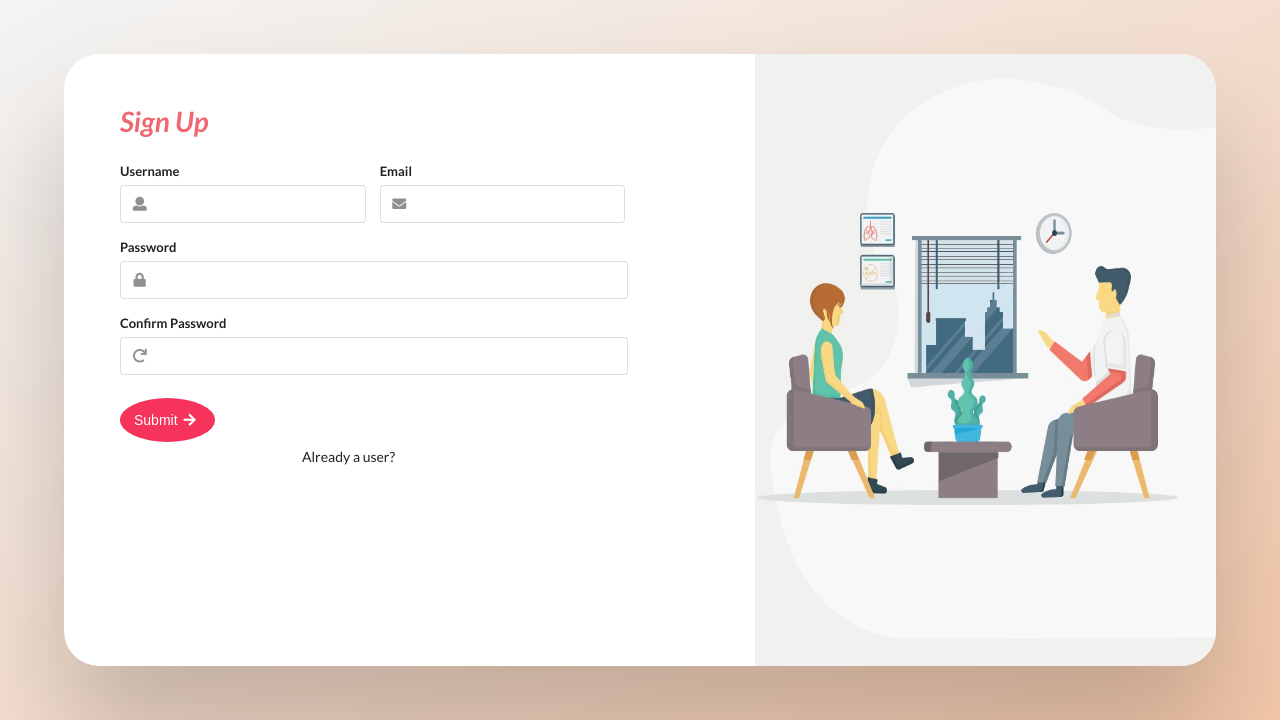
Repository: ajayaj2001/healthcare-digitization
Page: /register
An editor plug-in stored every save of this project. The page is shown before and after the next save, followed by the edit.
The browser window is 1280 px wide. The pictures show the whole page.
The project was rebuilt for these pictures with package versions that can differ from the ones it lists, and the page was loaded fresh each time. Also part of the build but not shown: src/component/userType/UserType.scss, src/component/userType/UserType.js, src/component/login/Login.scss, src/component/login/loginForm/LoginForm.scss, src/component/login/loginForm/LoginForm.js, src/component/login/Login.js.

Above is the page before, as saved 2021-03-12 22:36:27.

### public/index.html
<!DOCTYPE html>
<html lang="en">

<head>
  <meta charset="utf-8" />
  <meta name="viewport" content="width=device-width, initial-scale=1" />
  <meta name="theme-color" content="#000000" />
  <meta name="description" content="Web site created using create-react-app" />
  <link rel="stylesheet" href="https://fonts.googleapis.com/css?family=Roboto:300,400,500,700&display=swap" />
  <link rel="stylesheet" href="https://fonts.googleapis.com/icon?family=Material+Icons" />

  <!--
      manifest.json provides metadata used when your web app is installed on a
      user's mobile device or desktop. See https://developers.google.com/web/fundamentals/web-app-manifest/
    -->
  <!-- <link rel="manifest" href="%PUBLIC_URL%/manifest.json" /> -->
  <!--
      Notice the use of %PUBLIC_URL% in the tags above.
      It will be replaced with the URL of the `public` folder during the build.
      Only files inside the `public` folder can be referenced from the HTML.

      Unlike "/favicon.ico" or "favicon.ico", "%PUBLIC_URL%/favicon.ico" will
      work correctly both with client-side routing and a non-root public URL.
      Learn how to configure a non-root public URL by running `npm run build`.
    -->
  <title>medical</title>
</head>

<body>
  <noscript>You need to enable JavaScript to run this app.</noscript>
  <div id="root"></div>
  <!--
      This HTML file is a template.
      If you open it directly in the browser, you will see an empty page.

      You can add webfonts, meta tags, or analytics to this file.
      The build step will place the bundled scripts into the <body> tag.

      To begin the development, run `npm start` or `yarn start`.
      To create a production bundle, use `npm run build` or `yarn build`.
    -->
</body>

</html>

### src/index.js
import React from 'react';
import ReactDOM from 'react-dom';
import './index.scss';
import App from './component/app/App';
import 'semantic-ui-css/semantic.min.css'


ReactDOM.render(
  // <React.StrictMode>
    <App />
  // </React.StrictMode>
  ,
  document.getElementById('root')
);

### src/index.scss
code {
  font-family: source-code-pro, Menlo, Monaco, Consolas, "Courier New", monospace;
}
@mixin respond($breakpoint) {
  @if $breakpoint == phone {
    @media (max-width: 37.5em) {
      @content;
    }
  }

  @if $breakpoint == tab-land {
    @media (max-width: 75em) {
      @content;
    }
  }
  @if $breakpoint == tab-port {
    @media (max-width: 56.25em) {
      @content;
    }
  }
  @if $breakpoint == big-desktop {
    @media (min-width: 112.5em) {
      @content;
    }
  }
}

*,
*::after,
*::before {
  margin: 0;
  padding: 0;
  box-sizing: inherit;
}
body {
  font-family: "Lato", sans-serif;
  font-weight: 400;
  font-size: 16px;
  line-height: 1.7;
  color: #777;
  //padding: 30px;
  box-sizing: border-box;
  @include respond(tab-port) {
    padding: 0;
  }
}

html {
  font-size: 62.5%; //1rem=10px 10px/16px=62.5%
  @include respond(tab-land) {
    //width <1200
    font-size: 56.25%; //1rem=9px
  }
  @include respond(tab-port) {
    //<width <900
    font-size: 50%; //1rem=8px
  }
  // @include respond(phone) {
  //     //<width<600
  //     font-size: 40%; //1rem=4.8px
  // }
  @include respond(big-desktop) {
    //>1200
    font-size: 75%; //1rem=12
  }
}

### src/component/app/App.js
import './App.scss';

import UserType from "../userType/UserType";
import Login from '../login/Login';
import Register from '../register/Register';

function App() {
  return (
    <div className="App">
      {/* <UserType /> */}
      {/* <Login/> */}
      <Register/>
    </div>
  );
}

export default App;

### src/component/register/Register.js
import React from 'react'

import './Register.scss'
import sideImage from '../../img/img-2.jpg'
import RegisterForm from './registerForm/RegisterForm'

const Register = () => {
    return (
        <div className="container">
            <div className="register">
                <div className="register__signup">
                    <div className="register__signup--form"><RegisterForm /></div>
                </div>

                <img src={sideImage} alt="rocket" className="register__image" />
            </div>
        </div>
    )
}

export default Register

### src/component/register/Register.scss
.container {
    margin: 0;
    background-image: linear-gradient(to right bottom, #f3f4f4, #f1bd9ad8);
    height: 100vh;
    display: flex;
    justify-content: center;
    align-items: center;
}

.register {
    background-color: white;
    width: 90%;
    height: 85%;
    display: grid;
    grid-template-columns: 60% 40%;
    @media (max-width: 65em) {
        grid-template-columns: 100%;
      }
    border-radius: 2.5rem;
    overflow: hidden;
    box-shadow: 0 5rem 8rem rgba(black, 0.2);
    &__signup {
        display: flex;
        flex-direction: column;
        justify-content: space-between;

        &--form {
            height: 70%;
        }
    }

    &__image {
        width: 100%;
        height: 100%;
    }
    @media (max-width: 65em) {
        &__image {
            display: none;
        }
      }
}

### src/component/register/registerForm/RegisterForm.js
import React, { useState } from 'react'
import { Form, Icon, Message } from 'semantic-ui-react'
// import { Link } from 'react-router-dom';
// import firebase from '../../../../firebase';
import './RegisterForm.scss'
const RegisterForm = () => {

    const [errors, seterrors] = useState("")
    const [username, setUsername] = useState("");
    const [email, setEmail] = useState("");
    const [password, setPassword] = useState("");
    const [confirmPassword, setConfirmPassword] = useState("");
    const [loading, setLoading] = useState(false);
    // const [usersRef] = useState(firebase.database().ref('users'));




    const isFormValid = () => {
        if (!username || !email || !password || !confirmPassword) {
            seterrors("Fill all the fields");
            return false;
        }
        else if (password.length < 6 || confirmPassword.length < 6) {
            if (password !== confirmPassword) {
                seterrors("Password dont match")
                return false;
            }
            else {
                seterrors("Password atleast have 6 character")
                return false;
            }
        }
        else {
            return true;
        }
    }


    const formSubmit = (event) => {
        event.preventDefault();
        if (isFormValid()) {
            setLoading(true)
            // firebase
            //     .auth()
            //     .createUserWithEmailAndPassword(email, password)
            //     .then(createdUser => {
            //         seterrors("");
            //         createdUser.user.updateProfile({
            //             displayName: username,
            //             photoURL: `http://gravatar.com/avatar/${md5(createdUser.user.email)}?d=identicon`
            //         })
            //             .then(() => {
            //                 usersRef.child(createdUser.user.uid).set({
            //                     name: createdUser.user.displayName,
            //                     avatar: createdUser.user.photoURL
            //                 });
            //                 setLoading(false);
            //             })
            //             .catch((err) => {
            //                 console.log(err);
            //                 setLoading(false);
            //                 seterrors(err.message);
            //             })
            //     })
            //     .catch(err => {
            //         seterrors(err.message);
            //         setLoading(false);
            //     });
        }
    }


    return (
        <div className="registerform">
            {
                errors ? <Message error className="registerform__error" ><h2>Error  :  {errors}</h2></Message> : ""

            }

            <h4 className="registerform__heading">Sign Up </h4>
            <Form onSubmit={formSubmit}>
                <Form.Group >
                    <Form.Input
                        fluid
                        id='form-subcomponent-shorthand-input-first-name'
                        label='Username'
                        className="registerform__input1"
                        icon="user"
                        iconPosition="left"
                        type="text"
                        onChange={(event) => setUsername(event.target.value)}
                        value={username}
                    />
                    <Form.Input
                        fluid
                        id='form-subcomponent-shorthand-input-last-name'
                        label='Email'
                        icon="mail"
                        iconPosition="left"
                        type="email"
                        onChange={(event) => setEmail(event.target.value)}
                        value={email}

                        className={errors.toLowerCase().includes('email') ? 'error  registerform__input1' : ' registerform__input1'}
                    />
                </Form.Group>
                <Form.Input
                    fluid
                    name="username"
                    icon="lock"
                    iconPosition="left"
                    label="Password"
                    type="password"
                    onChange={(event) => setPassword(event.target.value)}
                    value={password}
                    className={errors.toLowerCase().includes('password') ? 'error registerform__input2' : ' registerform__input2'}
                />
                <Form.Input
                    fluid
                    name="username"
                    icon="repeat"
                    iconPosition="left"
                    label="Confirm Password"
                    type="password"
                    onChange={(event) => setConfirmPassword(event.target.value)}
                    value={confirmPassword}
                    className={errors.toLowerCase().includes('password dont match') ? 'error registerform__input2' : 'registerform__input2'}
                />
                <button type='submit' disabled={loading} className={loading ? 'loading registerform__button' : "registerform__button"} >Submit <Icon name="arrow right" /> </button>
            </Form>
            <div className="registerform__link">Already a user?{/*<Link to="/login">  Login</Link>*/}</div>

        </div>
    )
}

export default RegisterForm

### src/component/register/registerForm/RegisterForm.scss
.registerform {
    margin-top: 3.5rem;
    padding-left: 4rem;
    &__heading {
        padding-bottom: 0.6rem;
        color: #ef6973;
        font-size: 2rem;
        font-weight: 900;
        font-style: italic;
    }
    &__input1 {
        width: 40%;
    }
    &__input2 {
        width: 80%;
    }
    &__button {
        background-color: #f6335b;
        border: none;
        padding: 1rem 1rem;
        border-radius: 60%;
        color: white;
        margin-top: 0.6rem;
    }
    &__button:focus,&__button:hover {
        outline: none;
        background-color: #fd012b;
    }
    &__link {
        padding-top: 0.4rem;
        padding-left: 13rem;
    }
    &__error {
        margin-top: -2rem !important;
        padding: 1.3rem !important;
    }
}

Loaded but not shown: src/component/app/App.scss (no stored copy; drawn as an empty file)

After the next save:
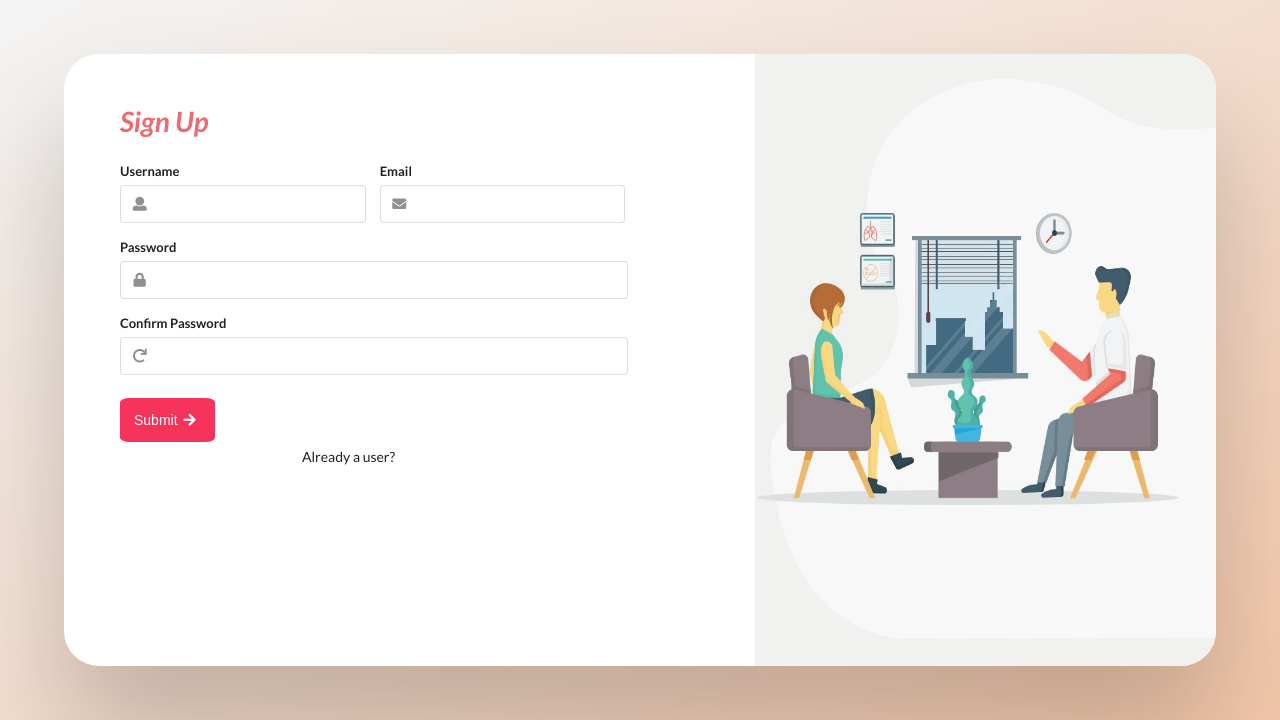
Saved 5 s later.
--- a/src/component/register/registerForm/RegisterForm.scss
+++ b/src/component/register/registerForm/RegisterForm.scss
@@ -18,7 +18,7 @@
         background-color: #f6335b;
         border: none;
         padding: 1rem 1rem;
-        border-radius: 60%;
+        border-radius: 10%;
         color: white;
         margin-top: 0.6rem;
     }
